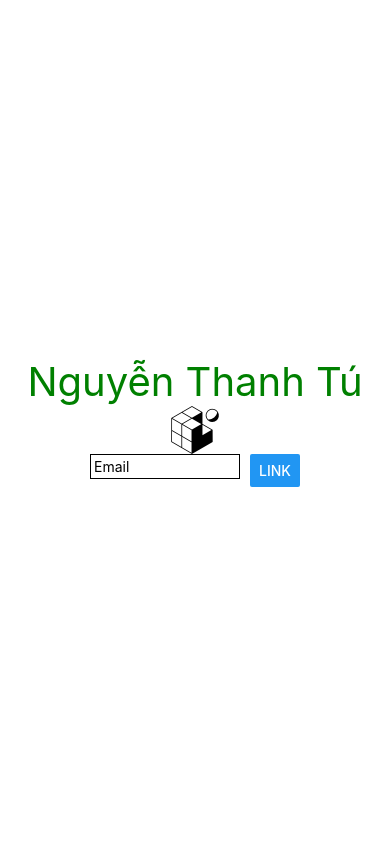
Repository: ntu34543/ReactNativeAndroid
Screen: /
The author's editor kept a copy of each file at every save. The screen is drawn from the files as they stood at one save, then again after the next save.
The app was drawn by React Native's web renderer in a window 390 px wide. The project was rebuilt for these pictures with package versions that can differ from the ones it lists, and the page was loaded fresh each time.

Above is the screen before, as saved 2022-09-23 16:54:11.

### App.js
import { StatusBar } from "expo-status-bar";
import { StyleSheet, Text, View, Button, Image, TextInput, FlatList } from "react-native";

export default function App() {
  return (
    <View style={styles.container}>
      <Text style={styles.text}>Nguyễn Thanh Tú</Text>
      <Image source={require("./assets/favicon.png")} />
      <View style={styles.body}>
        <View>
          <TextInput style={styles.TextInput} placeholder="Email" />
        </View>
        <View style={styles.btn}>
          <Button title="Link" />
        </View>
      </View>
      <StatusBar style="auto" />
    </View>
  );
}

const styles = StyleSheet.create({
  container: {
    flex: 1,
    backgroundColor: "#fff",
    alignItems: "center",
    justifyContent: "center",
  },
  body: {
    display: "flex",
    flexDirection: "row",
  },
  TextInput: {
    padding: 3,
    borderWidth: 1,
    borderColor: "black",
    width: 150,
  },
  btn: {
    width: 50,
    marginLeft: 10,
  },
  text: {
    fontSize: 40,
    color: 'green',
  }
});

After the next save:
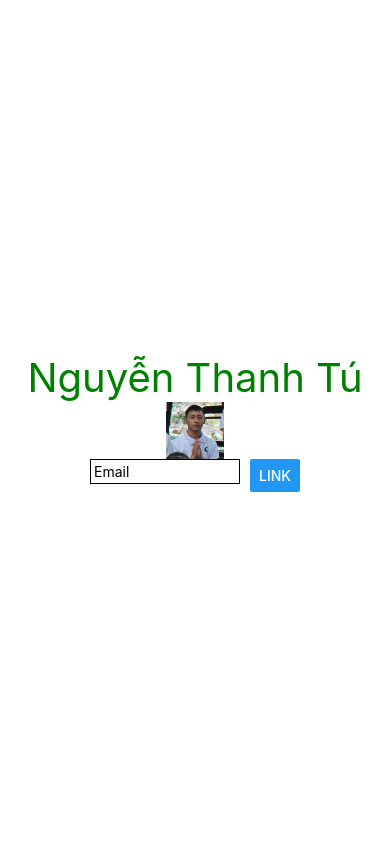
Saved 90 s later.
--- a/App.js
+++ b/App.js
@@ -5,7 +5,7 @@ export default function App() {
   return (
     <View style={styles.container}>
       <Text style={styles.text}>Nguyễn Thanh Tú</Text>
-      <Image source={require("./assets/favicon.png")} />
+      <Image source={require("./assets/tu.PNG")} />
       <View style={styles.body}>
         <View>
           <TextInput style={styles.TextInput} placeholder="Email" />
